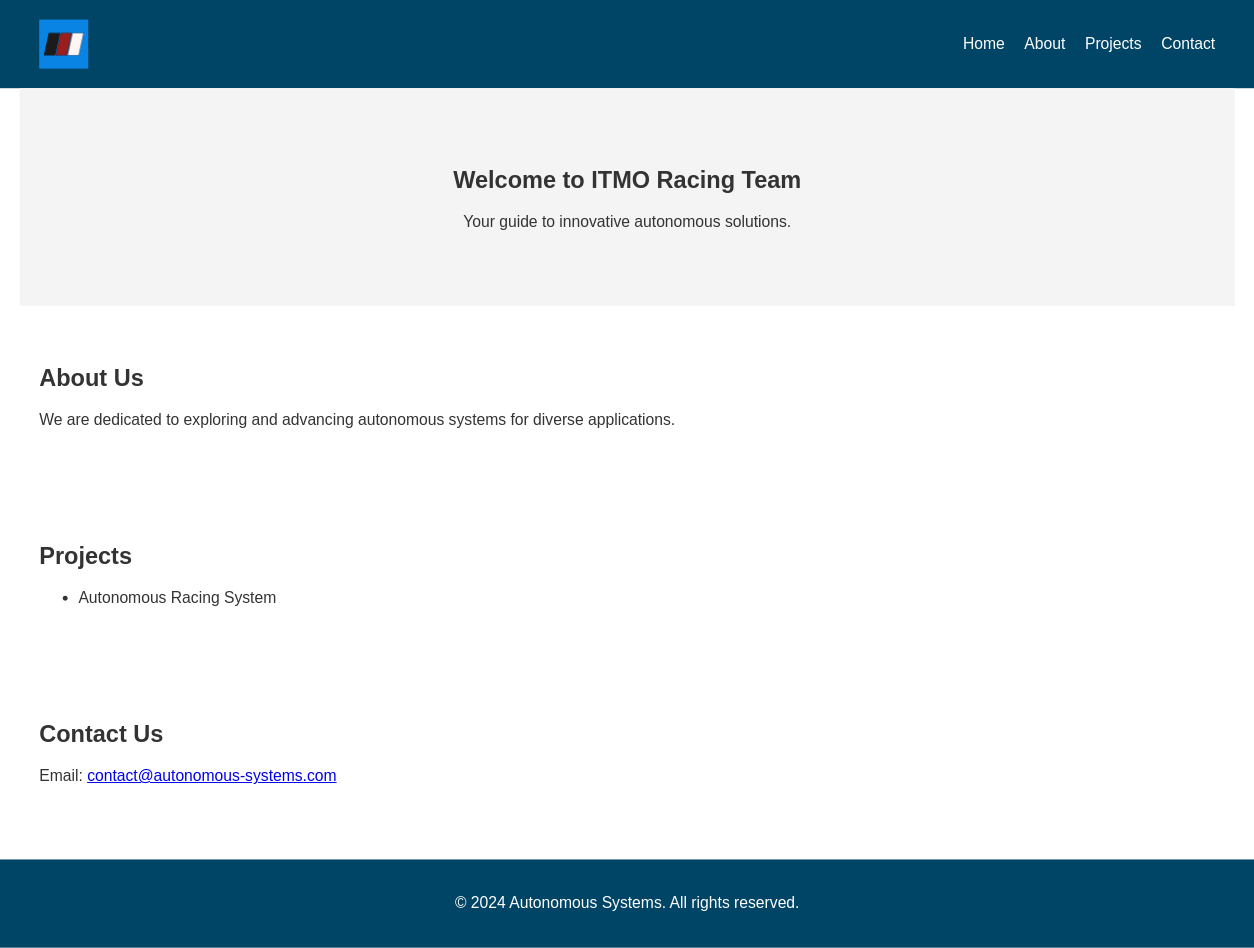
Repository: fs-itmo/fs-itmo.github.io
Page: index.html
These files come from the project's save history. The page is drawn as it stood at one moment and after the next save; the edit follows.
The browser window is 1280 px wide. The pictures show the whole page, at 98% of full size.

Above is the page before, as saved 2024-12-30 13:21:51.

### index.html
<!DOCTYPE html>
<html lang="en">
<head>
    <meta charset="UTF-8">
    <meta name="viewport" content="width=device-width, initial-scale=1.0">
    <title>Autonomous Systems</title>
    <link rel="stylesheet" href="css/style.css">
</head>
<body>
    <header>
        <div class="container">
            <img src="assets/images/logo.png" alt="Logo" class="logo">
            <nav>
                <ul>
                    <li><a href="#home">Home</a></li>
                    <li><a href="#about">About</a></li>
                    <li><a href="#projects">Projects</a></li>
                    <li><a href="#contact">Contact</a></li>
                </ul>
            </nav>
        </div>
    </header>

    <section id="home">
        <h1>Welcome to ITMO Racing Team</h1>
        <p>Your guide to innovative autonomous solutions.</p>
    </section>

    <section id="about">
        <h2>About Us</h2>
        <p>We are dedicated to exploring and advancing autonomous systems for diverse applications.</p>
    </section>

    <section id="projects">
        <h2>Projects</h2>
        <ul>
            <li>Autonomous Racing System</li>
            <!-- <li>Swarm Robotics</li>
            <li>AI-Driven Drones</li> -->
        </ul>
    </section>

    <section id="contact">
        <h2>Contact Us</h2>
        <p>Email: <a href="mailto:contact@autonomous-systems.com">contact@autonomous-systems.com</a></p>
    </section>

    <footer>
        <p>&copy; 2024 Autonomous Systems. All rights reserved.</p>
    </footer>
</body>
</html>

### css/style.css
body {
    font-family: Arial, sans-serif;
    margin: 0;
    padding: 0;
    color: #333;
}

header {
    background-color: #004466;
    padding: 20px 0;
}

header .container {
    display: flex;
    justify-content: space-between;
    align-items: center;
    max-width: 1200px;
    margin: 0 auto;
    padding: 0 20px;
}

header .logo {
    max-height: 50px;
}

header nav ul {
    list-style: none;
    display: flex;
    margin: 0;
    padding: 0;
}

header nav ul li {
    margin-left: 20px;
}

header nav ul li a {
    text-decoration: none;
    color: white;
    font-size: 16px;
}

section {
    padding: 40px 20px;
    max-width: 1200px;
    margin: 0 auto;
}

section#home {
    background: #f4f4f4;
    text-align: center;
    padding: 60px 20px;
}

footer {
    background-color: #004466;
    color: white;
    text-align: center;
    padding: 20px 0;
    margin-top: 20px;
}

After the next save:
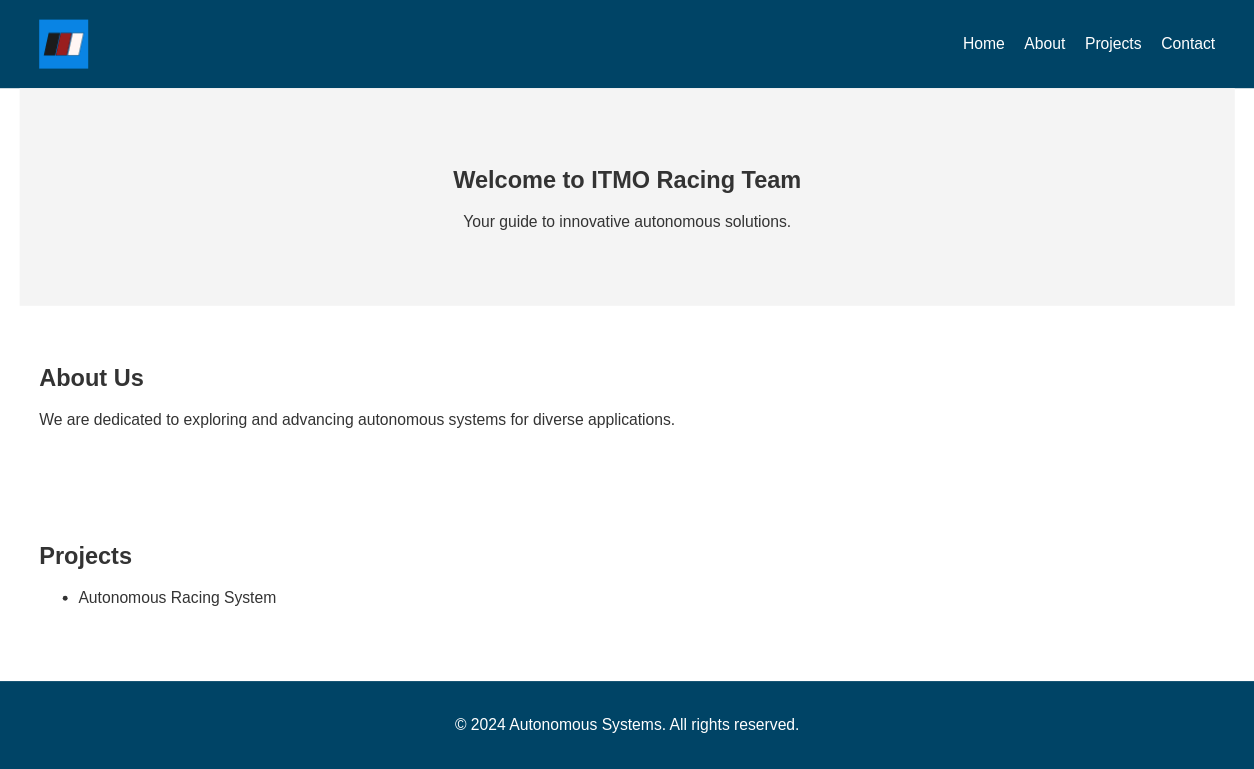
Saved 5 s later.
--- a/index.html
+++ b/index.html
@@ -40,10 +40,10 @@
         </ul>
     </section>
 
-    <section id="contact">
+    <!-- <section id="contact">
         <h2>Contact Us</h2>
         <p>Email: <a href="mailto:contact@autonomous-systems.com">contact@autonomous-systems.com</a></p>
-    </section>
+    </section> -->
 
     <footer>
         <p>&copy; 2024 Autonomous Systems. All rights reserved.</p>
